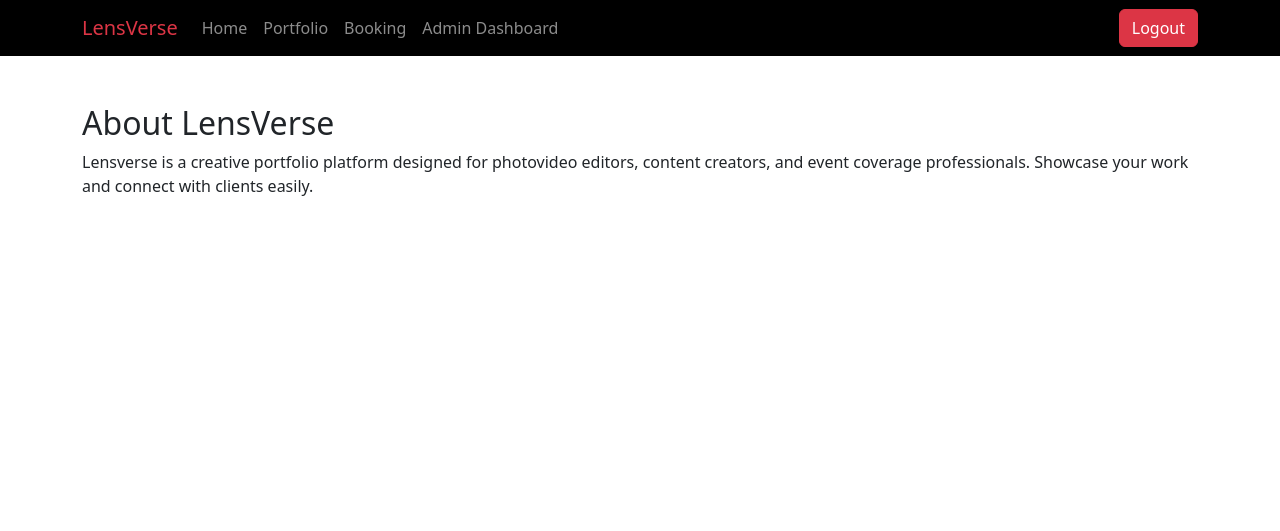
Repository: adithyakiran47/lensverseproject
Page: /about (app in lensverse-client/)
These files come from the project's save history. The page is drawn as it stood at one moment and after the next save; the edit follows.
The browser window is 1280 px wide. The pictures show the whole page.
The project was rebuilt for these pictures with package versions that can differ from the ones it lists, and the page was loaded fresh each time. Also part of the build but not shown: lensverse-client/src/pages/Home.js, lensverse-client/src/pages/Portfolio.js, lensverse-client/src/pages/Booking.js, lensverse-client/src/pages/AdminLogin.js, lensverse-client/src/pages/AdminDashboard.js. Imported but missing from the stored project, and not drawn on this page: lensverse-client/src/reportWebVitals.

Above is the page before, as saved 2025-11-04 09:21:16.

### lensverse-client/src/index.css
body {
  background-color: #000000;
  color: #FFFFFF;
  font-family: 'Segoe UI', Tahoma, Geneva, Verdana, sans-serif;
  transition: background-color 0.3s ease, color 0.3s ease;
}

a {
  color: #cc0000;
  text-decoration: none;
  transition: color 0.3s ease;
}

a:hover {
  color: #ff3333;
  text-decoration: underline;
}

.btn-primary, .btn-danger, .btn-black {
  transition: background-color 0.3s ease, border-color 0.3s ease;
}

.btn-primary {
  background-color: #cc0000;
  border-color: #cc0000;
  color: #000000;
}

.btn-primary:hover {
  background-color: #990000;
  border-color: #990000;
  color: #fff;
}

.btn-black {
  background-color: #000000;
  border: 1px solid #cc0000;
  color: #cc0000;
}

.btn-black:hover, .btn-black:focus {
  background-color: #cc0000;
  color: #000000;
  border-color: #cc0000;
}

/* Card hover effect */
.card {
  background-color: #111111;
  border: none;
  transition: transform 0.3s ease, box-shadow 0.3s ease;
}

.card:hover {
  transform: scale(1.03);
  box-shadow: 0 4px 15px rgba(204, 0, 0, 0.5);
}

/* Forms */
.form-control {
  background-color: #111111;
  border-color: #cc0000;
  color: #fff;
  transition: border-color 0.3s ease;
}

.form-control:focus {
  border-color: #ff3333;
  box-shadow: 0 0 8px #cc0000;
  background-color: #222222;
  color: #fff;
}

### lensverse-client/src/App.js
import React from 'react';
import { BrowserRouter as Router, Routes, Route } from 'react-router-dom';


// Import your page components (create these next)
import Home from './pages/Home';
import Portfolio from './pages/Portfolio';
import Booking from './pages/Booking';
import About from './pages/About';
import AdminLogin from './pages/AdminLogin';
import AdminDashboard from './pages/AdminDashboard';

function App() {
  return (
    <Router>
      <Routes>
        <Route path="/" element={<Home />} />
        <Route path="/portfolio" element={<Portfolio />} />
        <Route path="/booking" element={<Booking />} />
        <Route path="/about" element={<About />} />
        <Route path="/admin-login" element={<AdminLogin />} />
        <Route path="/admin-dashboard" element={<AdminDashboard />} />
      </Routes>
    </Router>
  );
}

export default App;

### lensverse-client/src/pages/About.js
import React from 'react';
import Navbar from '../components/Navbar';

const About = () => {
  return (
    <>
      <Navbar />
      <div className="container mt-5">
        <h2>About LensVerse</h2>
        <p>
          Lensverse is a creative portfolio platform designed for photovideo editors, content creators, and event coverage professionals. Showcase your work and connect with clients easily.
        </p>
      </div>
    </>
  );
};

export default About;

### lensverse-client/src/components/Navbar.js
import React from 'react';
import { Link, useNavigate } from 'react-router-dom';


const Navbar = () => {
  const navigate = useNavigate();

  const handleLogout = () => {
    localStorage.removeItem('adminToken');
    navigate('/admin-login');
  };

  return (
    <nav className="navbar navbar-expand-lg navbar-dark bg-black">
      <div className="container">
        <Link className="navbar-brand text-danger" to="/">LensVerse</Link>
        <button className="navbar-toggler" type="button" data-bs-toggle="collapse" data-bs-target="#navbarNav"
          aria-controls="navbarNav" aria-expanded="false" aria-label="Toggle navigation">
          <span className="navbar-toggler-icon"></span>
        </button>
        <div className="collapse navbar-collapse" id="navbarNav">
          <ul className="navbar-nav me-auto mb-2 mb-lg-0">
            <li className="nav-item"><Link className="nav-link" to="/">Home</Link></li>
            <li className="nav-item"><Link className="nav-link" to="/portfolio">Portfolio</Link></li>
            <li className="nav-item"><Link className="nav-link" to="/booking">Booking</Link></li>
            <li className="nav-item"><Link className="nav-link" to="/admin-dashboard">Admin Dashboard</Link></li>
          </ul>
          <button className="btn btn-danger" onClick={handleLogout}>Logout</button>
        </div>
      </div>
    </nav>
  );
};

export default Navbar;

### lensverse-client/src/pages/About.css
#about {
  padding: 80px 0;
  background-color: #000;
  color: #fff;
}

.about-wrapper {
  display: flex;
  justify-content: center;
  align-items: center;
}

.about-content {
  max-width: 800px;
  text-align: center;
}

.about-content h2 {
  color: #dc3545;
  margin-bottom: 30px;
  font-weight: bold;
}

.about-content em {
  color: #aaa;
  font-size: 1.2em;
  display: block;
  margin-bottom: 30px;
}

.about-content ul {
  list-style: none;
  padding: 0;
  text-align: left;
  margin-top: 40px;
}

.about-content li {
  margin-bottom: 20px;
  font-size: 1.1em;
}

.about-content li b {
  color: #dc3545;
  margin-right: 10px;
}

Loaded but not shown: lensverse-client/src/index.js (common file)

After the next save:
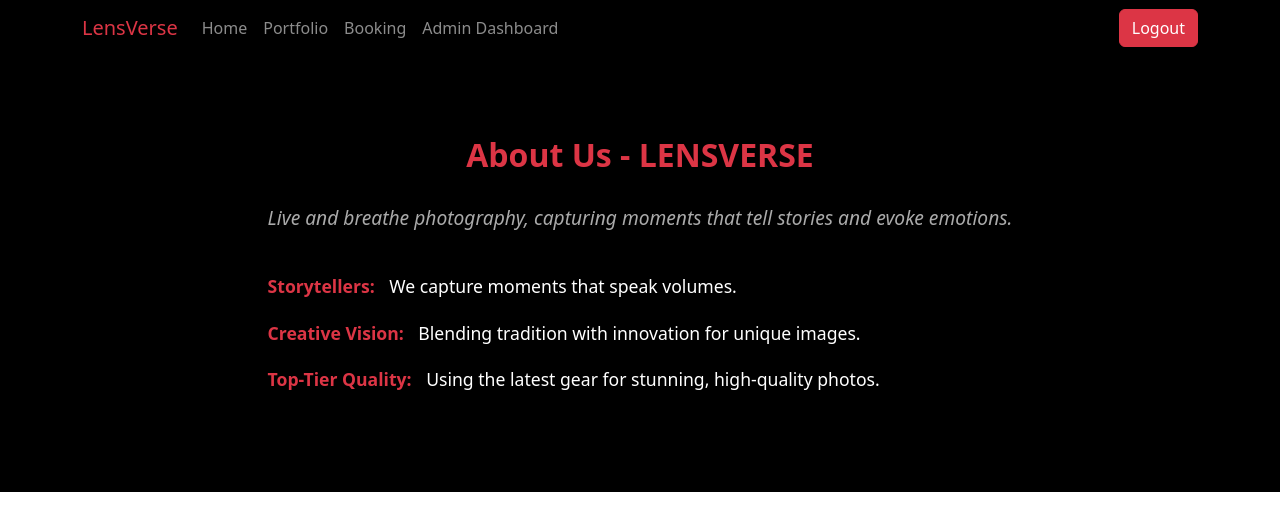
Saved 12 s later.
--- a/lensverse-client/src/pages/About.js
+++ b/lensverse-client/src/pages/About.js
@@ -1,15 +1,25 @@
 import React from 'react';
 import Navbar from '../components/Navbar';
+import './About.css';
 
 const About = () => {
   return (
     <>
       <Navbar />
-      <div className="container mt-5">
-        <h2>About LensVerse</h2>
-        <p>
-          Lensverse is a creative portfolio platform designed for photovideo editors, content creators, and event coverage professionals. Showcase your work and connect with clients easily.
-        </p>
+      <div id="about">
+        <div className="container">
+          <div className="about-wrapper">
+            <div className="about-content">
+              <h2>About Us - LENSVERSE</h2>
+              <p><em>Live and breathe photography, capturing moments that tell stories and evoke emotions.</em></p>
+              <ul>
+                <li><b>Storytellers:</b> We capture moments that speak volumes.</li>
+                <li><b>Creative Vision:</b> Blending tradition with innovation for unique images.</li>
+                <li><b>Top-Tier Quality:</b> Using the latest gear for stunning, high-quality photos.</li>
+              </ul>
+            </div>
+          </div>
+        </div>
       </div>
     </>
   );
